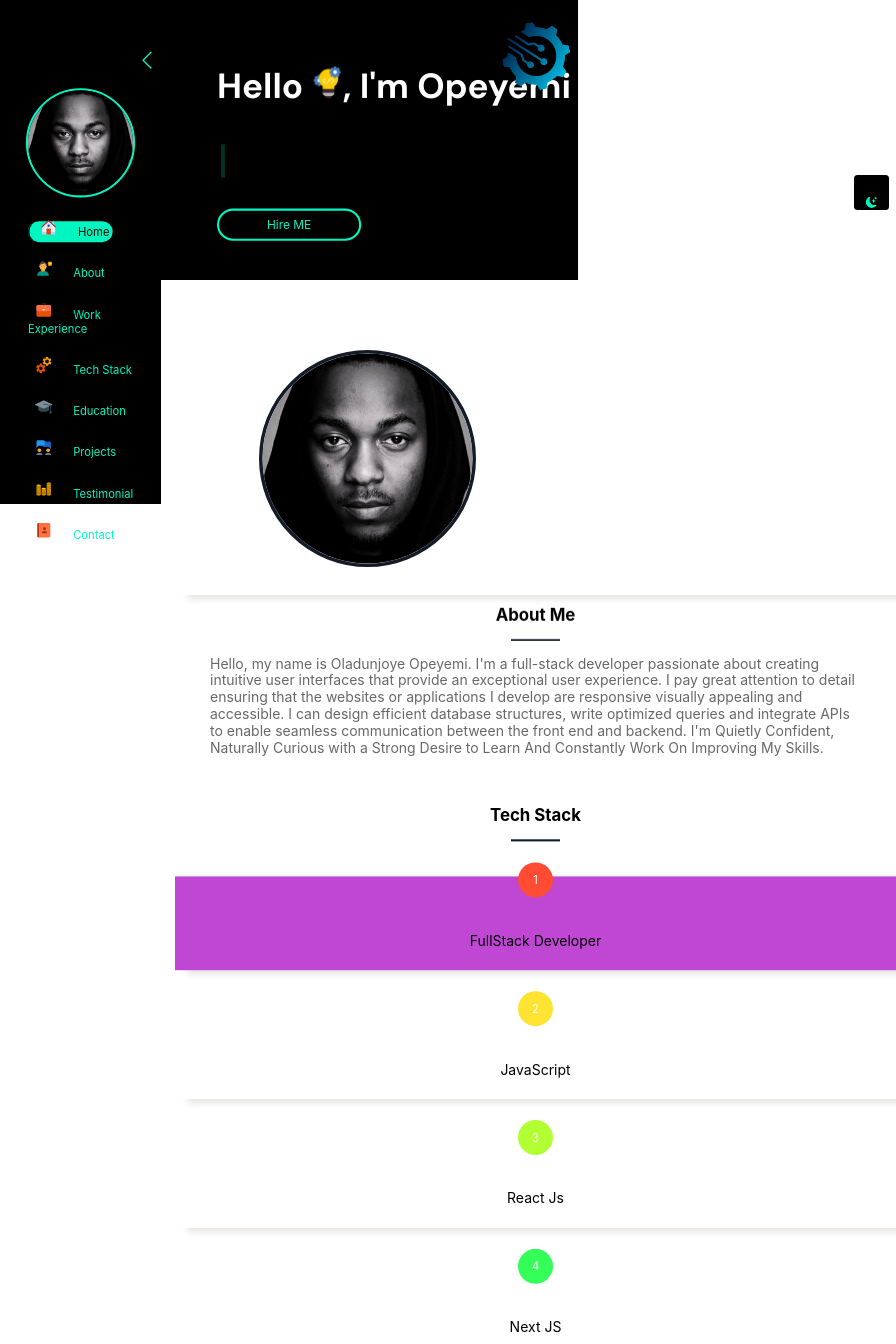
Repository: Laoye99/portfolio
Page: /
These files come from the project's save history. The page is drawn as it stood at one moment and after the next save; the edit follows.
The browser window is 1280 px wide. The pictures show the part of the page from y = 0 to 1920 px (the page is 2977 px tall), at 70% of full size.
The project was rebuilt for these pictures with package versions that can differ from the ones it lists, and the page was loaded fresh each time. Also part of the build but not shown: src/App.css.

Above is the page before, as saved 2024-02-15 13:16:57.

### src/App.js
import './App.css';
import { createContext, useState } from 'react';
import ScrollToTop from 'react-scroll-to-top';
import Navbar from './components/SideNav/Navbar';
import Sidebar from './components/SideNav/Sidebar';
import About from './components/About/About';
import TechStack from './components/TechStack/TechStack';

export const ThemeContext = createContext(null);

const App = () => {
  const [theme, setTheme] = useState("light");

  const changeTheme = () => {
    setTheme((prev) => (prev === "light" ? "dark" : "light"));
  };
  return (
    <ThemeContext.Provider value={{ theme, changeTheme }}>
    <div id={theme}>
    <Navbar/>
    <Sidebar changeTheme={changeTheme} theme={theme}/>
    <About/>
    <TechStack/>
    </div>
    <ScrollToTop
    top="200"
    smooth
    height="20"
    width="20"
    color="#00f5c0"
    style={{ borderRadius: "90px ", backgroundColor: "#000000" }}
    />
    </ThemeContext.Provider>
  );
}

export default App;

### src/components/SideNav/Navbar.js
import { useState } from "react";
import "./Navbar.css";
import {GiHamburgerMenu} from "react-icons/gi";
import { Link } from "react-scroll";
import {
    FcHome,
    FcBriefcase,
    FcContacts,
    FcServices,
    FcCollaboration,
    FcPortraitMode } from "react-icons/fc";
import {FaUser} from "react-icons/fa";

const Navbar = () => {
    const [open, setOpen] = useState(false);

    const handleClick = () => {
        setOpen(!open);
    };
    return(
        <div className="navbar">
        <div className="navbar-header">
        <p>
        <GiHamburgerMenu size={25} onClick={handleClick} />
        </p>
        </div>
        {open ? (
        <div className="nav">
        <ul>
        <li className="nav-item">
        <Link
        to="home"
        spy={true}
        smooth={true}
        duration={100}
        offset={-100}
        >
        <FcHome size={25}/>
        Home
        </Link>
        </li>
        <li className="nav-item">
        <Link
        to="about"
        spy={true}
        smooth={true}
        duration={100}
        offset={-100}
        >
        <FcPortraitMode size={25}/>
        About
        </Link>
        </li>
        <li className="nav-item">
        <Link
        to="project"
        spy={true}
        smooth={true}
        duration={100}
        offset={-100}
        >
        <FcBriefcase  size={25}/>
        Work Experience
        </Link>
        </li>
        <li className="nav-item">
        <Link
        to="stack"
        spy={true}
        smooth={true}
        duration={100}
        offset={-100}
        >
        <FcServices  size={25} />
        Tech Stack
        </Link>
        </li>
        <li className="nav-item">
        <Link
        to="project"
        spy={true}
        smooth={true}
        duration={100}
        offset={-100}
        >
        <FcCollaboration   size={25} />
        Projects
        </Link>
        </li>
        <li className="nav-item">
        <Link
        to="contact"
        spy={true}
        smooth={true}
        duration={100}
        offset={-100}
        >
        <FcContacts size={25}/>
        Contact
        </Link>
        </li>
        </ul>
        </div>
        ) : null}
        </div>
    );
};

export default Navbar;

### src/components/SideNav/Sidebar.js
import { useState } from "react";
import { BsChevronLeft, BsChevronRight } from "react-icons/bs";
import "./Sidebar.css";
import SidebarList from "./SidebarList";
import Home from "../Home/Home";


const Sidebar = ({ theme,changeTheme }) => {
    const [expandSidebar, setExpandSidebar] = useState(true);

    const handleExpandClick = () => {
        setExpandSidebar(!expandSidebar);
    };
    return(
        <div className="container-fluid sidebar-section">
        <div className={expandSidebar ? "sidebar-expand sidebar" : "sidebar"}>
        <div className="icon-sidebar">
        <p onClick={handleExpandClick}>
        {expandSidebar ? (
            <BsChevronLeft size={30} color="#00f5c0"/>
            ) : (
        <BsChevronRight size={30} color="#00f5c0"/>
            )}
        </p>
        </div>
        <SidebarList expandSidebar={expandSidebar} />
        </div>
        <div className="container-fluid">
          <Home changeTheme = {changeTheme} theme = {theme}/>
        </div>

        </div>
    );
};

export default Sidebar;

### src/components/About/About.js
import React from "react";
import ProfilePic from "../../Image/Screenshot (29).png";
import {Fade} from "react-awesome-reveal";
import {Flip} from "react-awesome-reveal";
import './About.css';
const About = () => {
    return(
        <div className="container about-section" id="about">
    <div className="row">
      <Fade bottom>
        <div className="col-xl-6 col-lg-6 col-md-12 col-sm-12">
          <div className="about-image">
            <img src={ProfilePic} alt="Profile" />
          </div>
        </div>
      </Fade>
      <div className="col-xl-6 col-lg-6 col-md-12 col-sm-12">
        <div className="about-details">
          <Flip left>
            <div className="about-title">
              <h2>About Me</h2>
              <span className="line"></span>
            </div>
          </Flip>

          <Fade right>
            <p className="description">
              Hello, my name is Oladunjoye Opeyemi. I'm a full-stack developer
              passionate about creating intuitive user interfaces that provide
              an exceptional user experience. I pay great attention to detail
              ensuring that the websites or applications I develop are responsive
              visually appealing and accessible. I can design efficient database
              structures, write optimized queries and integrate APIs to enable
              seamless communication between the front end and backend.
              I'm Quietly Confident, Naturally Curious with a Strong Desire to
              Learn And Constantly Work On Improving My Skills.
            </p>
          </Fade>
        </div>
      </div>
    </div>
  </div>
    )
};

export default About;

### src/components/TechStack/TechStack.js
import React, { useState } from "react";
import "./TechStack.css";
import { Fade } from "react-awesome-reveal";
import { Zoom } from "react-awesome-reveal";


const TechStack = () => {
    const data = [
        {
          name: "FullStack Developer",
        },

        {
          name: "JavaScript",
        },
        {
          name: "React Js",
        },
        {
          name: "Next JS",
        },
        {
          name: "CSS",
        },
        {
          name: "HTML5",
        },
        {
          name: "BootStrap",
        },
        {
          name: "TailwindCSS",
        },
        {
          name: "React Native",
        },
        {
          name: "Vanilla JS",
        },
        {
          name: "SCSS",
        },
        {
          name: "Git",
        },
        {
          name: "GitHub",
        },
        {
          name: "Java",
        },
        {
          name: "Springboot",
        },
        {
          name: "Servlet",
        },
        {
          name: "Maven",
        },
        {
          name: "Eclipse IDE",
        },
        {
            name: "IntelliJ IDE",
        },
        {
            name: "MySQL",
        },
        {
            name: "Postman",
        },
        {
            name: "MySQL",
        },
        {
            name: "Tomcat",
        },
      ];

      const colors = [
        "#FF4C33",
        "#FFE333",
        "#B2FF33",
        "#33FF58",
        "#33FFC1",
        "#33CAFF",
        "#3355FF",
        "#9333FF",
        "#F033FF",
        "#FF33C4",
        "#FF3386",
        "#FF334C",
        "#33FF42",
        "#FF3633",
        "#9C33FF",
        "#33FFF6",
        "#33FF58",
        "#FF33C4",
        "#034694",
        "#5A0394",
        "#940303",
        "#944403",
        "#449403",
        "#03945C"
      ];

      const [showMoreTechStack, setMoreTechStack] = useState(9);

      const loadMore = () => {
        setMoreTechStack((prev) => prev + 3);
      };
      return (
        <div className="container techstack-section" id="stack">
      <div className="section-title">
        <h2>Tech Stack</h2>
        <span className="line"></span>
      </div>

      <div className="row">
        {data.slice(0, showMoreTechStack).map((item, index) => (
          <Fade right>
            <div className="col-xl-4 col-lg-4 col-md-6 col-sm-12" key={index}>
              <div
                className={
                  index === 0
                    ? "tech-content-marked tech-content"
                    : "tech-content"
                }
              >
                <span
                  className="tech-number"
                  style={{ backgroundColor: colors[index] }}
                >
                  {index + 1}
                </span>
                <p>{item.name}</p>
              </div>
            </div>
          </Fade>
        ))}
      </div>

      {showMoreTechStack >= data.length ? null : (
        <Zoom>
          <span className="load-more" onClick={loadMore}>
            Load More
          </span>
        </Zoom>
      )}
    </div>
      );
};

export default TechStack;

### src/components/SideNav/Navbar.css
.navbar {
    position: sticky;
    top: 0;
    z-index: 1;
  }

  .navbar-header {
    width: 100%;
    background-color: #00f5c0;
    color: #000000;
    padding: 5px;
  }

  .navbar-header p svg {
    margin-left: 10px;
    cursor: pointer;
    margin-top: 20px;
    margin-right: 5px;
  }

  .nav {
    height: auto;
    width: 210px;
    background-color: #000000;
    margin-top: 30px;
    padding-top: 10px;
    padding-bottom: 10px;
  }

  .nav ul li {
    color: #000000;
    list-style-type: none;
    cursor: pointer;
    text-decoration: none;
    margin-top: 30px;
  }

  .nav ul li a {
    text-decoration: none;
    color: #00f5c0;
  }

  .nav-item .active {
    color: #000000;
    background-color: #00f5c0;
    border-radius: 90px;
    padding: 5px;
    width: 100%;
  }

  @media (min-width: 1000px) {
    .navbar {
      display: none;
    }
  }

### src/components/SideNav/Sidebar.css
.sidebar-section {
    display: flex;
    /* background-color: #030303da; */
  }

  .sidebar {
    height: 100vh;
    background-color: #000000;
    width: 95px;
    position: fixed;
  }

  .sidebar-expand {
    width: 230px;
  }

  .container-fluid {
    padding-left: 0px !important;
    padding-right: 0px !important;
    overflow: hidden;
  }

  .icon-sidebar {
    display: flex;
    align-items: right;
    justify-content: right;
    cursor: pointer;
  }

  .icon-sidebar p svg {
    background-color: #000000;
    padding: 5px;
    color: #00f5c0;
    border-radius: 5px;
    margin-top: 50px;
  }

  @media (max-width: 1000px) {
    .sidebar {
      display: none;
    }
  }

### src/components/Home/Home.js
import React from 'react';
import Typewriter from 'typewriter-effect';
import { BsFillMoonStarsFill, BsSun } from 'react-icons/bs';
import { Fade } from 'react-awesome-reveal';
import concept from "../../Image/concept.png";
import automation from "../../Image/automation.png";
import "./Home.css";



const Home = ({theme, changeTheme}) => {
    return(
        <div className='container-fluid home' id="home">
        <div  className='theme-change' onClick={changeTheme}>
        {theme === "light" ? (
            <p>
            <BsFillMoonStarsFill />{" "}
            </p>
            ) : (
                <p className='sun-light-icon'>
                <BsSun/>
                </p>
            )}
        </div>

        <div className='container home-content'>
        <Fade right>
        <h1>
        Hello <img alt='vector' src={concept}/>, I'm Opeyemi
        </h1>

        <h2>
        <Typewriter
        options={{
            strings: [
              "Frontend Developer",
              "Backend Developer",
              "Software Engineer",
            ],
            autoStart: true,
            loop: true,
            delay: 5,
          }}
        />
        </h2>
        </Fade>

        <Fade bottom>
        <div className='button-for-action'>
        <div className='hire-me-button'>Hire ME</div>
        </div>
        </Fade>
        <img className='automation' alt='automation' src={automation}/>
        </div>
        </div>
    )

};

export default Home;

### src/components/About/About.css
.about-section {
    box-shadow: 15px 9px 9px -2px rgba(230, 224, 244, 0.86);
    -webkit-box-shadow: 15px 9px 9px -2px rgba(230, 224, 224, 0.86);
    -moz-box-shadow: 15px 9px 9px -2px rgba(230, 224, 224, 0.86);

    margin-top: 50px;
    height: 400px;
    margin-left: 250px;
    padding: 0px 50px;
  }

  #dark .about-section {
    box-shadow: none;
    background-color: #17202a;
    box-shadow: -6px 11px 5px -4px rgba(0, 0, 0, 0.42);
    -webkit-box-shadow: -6px 11px 5px -4px rgba(0, 0, 0, 0.42);
    -moz-box-shadow: -6px 11px 5px -4px rgba(0, 0, 0, 0.42);
  }

  .about-image img {
    height: 300px;
    width: 300px;
    border-radius: 190px;
    margin-top: 50px;
    margin-left: 70px;
    border: 5px solid #121b27;
    object-fit: cover;
  }

  #dark .about-image img {
    border: 5px solid #ffffff;
  }

  .about-details {
    margin-top: 50px;
  }

  .about-title h2 {
    text-align: center;
  }
  .description {
    font-size: 20px;
    color: #686868;
  }

  #dark .description {
    color: #ffffff;
  }

  .line {
    display: block;
    width: 70px;
    height: 3px;
    margin: 1px auto;
    background-color: #121b27;
  }

  #dark .line {
    background-color: #ffffff;
  }

  @media (max-width: 1000px) {
    .about-image {
      display: none;
    }
    .about-section {
      margin: 50px auto;
      height: auto;
    }
  }

### src/components/TechStack/TechStack.css
.techstack-section {
    margin-top: 300px;
    height: auto;
    margin-bottom: 40px;
    margin-left: 250px;
  }

  .section-title h2 {
    text-align: center;
  }

  .tech-content {
    padding: 10px;
    color: #000;
    margin-top: 50px;
    box-shadow: 15px 9px 9px -2px rgba(230, 224, 244, 0.86);
    -webkit-box-shadow: 15px 9px 9px -2px rgba(230, 224, 224, 0.86);
    -moz-box-shadow: 15px 9px 9px -2px rgba(230, 224, 224, 0.86);
  }

  #dark .tech-content {
    background-color: #03945c;
    color: #ffffff;
    box-shadow: -6px 11px 5px -4px rgba(0, 0, 0, 0.42);
    -webkit-box-shadow: -6px 11px 5px -4px rgba(0, 0, 0, 0.42);
    -moz-box-shadow: -6px 11px 5px -4px rgba(0, 0, 0, 0.42);
  }

  #dark .tech-content:hover {
    background-color: #121b27;
    transition-duration: 1s;
  }

  .tech-content-marked {
    background-color: rgba(189, 59, 210, 0.94);
  }

  .tech-content p {
    text-align: center;
    padding-top: 30px;
    font-size: 20px;
  }

  .tech-content:hover {
    background-color: #121b27;
    color: #fff;
    cursor: pointer;
    transition-duration: 1s;

    box-shadow: -6px 11px 5px -4px rgba(0, 0, 0, 0.42);
    -webkit-box-shadow: -6px 11px 5px -4px rgba(0, 0, 0, 0.42);
    -moz-box-shadow: -6px 11px 5px -4px rgba(0, 0, 0, 0.42);
  }

  .tech-number {
    border-radius: 90px;
    height: 50px;
    width: 50px;
    color: #fff;
    text-align: center;
    align-items: center;
    justify-content: center;
    display: block;
    margin: 0 auto;
    margin-top: -30px;
    line-height: 50px;
  }

  .load-more {
    background-color: #121b27;
    width: 150px;
    padding: 10px;
    color: #ffffff;
    text-align: center;
    justify-content: center;
    cursor: pointer;
    display: table;
    margin-left: auto;
    margin-right: auto;
    margin-top: 35px;
    border-radius: 5px;
    margin-bottom: 40px;
    font-size: 20px;
  }

  #dark .load-more {
    background-color: #17202a;
  }

  .load-more:hover {
    background-color: rgba(189, 59, 210, 0.94);
    transition-duration: 1s;
  }
  #dark .load-more:hover {
    background-color: #121b27;
    transition-duration: 1s;
  }

  @media (max-width: 1000px) {
    .techstack-section {
      margin: 50px auto;
    }
  }

### src/components/SideNav/SidebarList.css
.sidebar-profile-pic img {
    border-radius: 90px;
    margin-top: 10px;
    height: 150px;
    width: 150px;
    display: flex;
    vertical-align: middle;
    margin: 0 auto;
    object-fit: cover;
    border: 3px solid #00f5c0;
  }

  .navbar-items ul li {
    color: #00f5c0;
    list-style-type: none;
    cursor: pointer;
    margin-top: 30px;
  }

  .navbar-items ul li svg {
    margin-right: 25px;
    margin-left: 10px;
  }

  .navbar-items-only-icons ul li {
    margin-top: 30px;
    cursor: pointer;
    list-style-type: none;
  }

  .navbar-items-only-icons ul li svg {
    margin-left: 10px;
  }

  .navbar-items ul li a {
    text-decoration: none;
  }
  .nav-item .active {
    border-left: 2px solid #000000;
    color: #000000;
  }

### src/components/Home/Home.css
@import url("https://fonts.googleapis.com/css2?family=DM+Sans:wght@700&display=swap");

.home {
  height: 400px;
  background-color: #000000;
  color: #00f5c0;

}

.home-content {
  padding: 10px;
  margin-top: 30px;
  margin-left: 300px;
  position: relative;
}
/* rgba(189, 59, 210, 0.94) */

.home-content h1 {
  font-family: DM Sans;
  font-size: 50px;
  font-weight: 700;
  line-height: 6.2rem;
  color: #ffffff;
}

.home-content h1 img {
  width: 45px;
}

.home-content h2 {
  margin-top: 20px;
  color: #00f5c0;
  font-size: 40px;
}

.button-for-action {
  display: flex;
}

.hire-me-button {
  background-color: #000000;
  text-align: center;
  width: 180px;
  padding: 10px;
  border-radius: 90px;
  border: 3px solid #00f5c0;
  cursor: pointer;
  margin-top: 10px;
  font-size: 17px;
}

.hire-me-button:hover {
  background-color: #ffffff;
  width: 250px;
  color: #000;
  transition-duration: 1s;
  font-size: 20px;
}
.get-resume-button {
  background-color: #121b27;
  text-align: center;
  width: 180px;
  padding: 10px;
  border-radius: 90px;
  border: 3px solid #5404ff;
  cursor: pointer;
  margin-top: 10px;
  margin-left: 10px;
  font-size: 17px;
}

.get-resume-button:hover {
  background-color: #ffffff;
  width: 250px;
  color: #000;
  transition-duration: 1s;
  font-size: 20px;
}

.get-resume-button a {
  text-decoration: none;
}

.automation {
  position: absolute;
  top: 0;
  right: 10px;
  height: 100px;
  animation: rotation infinite 5s linear;
}

@media (max-width: 450px) {
  .automation {
    bottom: 0;
  }
}

.theme-change {
  justify-content: center;
  height: 50px;
  width: 50px;
  background-color: #000000;
  right: 0;
  margin-right: 10px;
  text-align: center;
  vertical-align: middle;
  line-height: 50px;
  position: fixed;
  top: 150;
  margin-top: 250px;
  border-radius: 5px;
  cursor: pointer;
  z-index: 1;
}

.sun-light-icon {
  animation: rotation infinite 5s linear;
}

@keyframes rotation {
  from {
    transform: rotate(0deg);
  }

  to {
    transform: rotate(360deg);
  }
}
@media (max-width: 1000px) {
  .home-content {
    margin: 30px auto;
  }
}

Loaded but not shown: public/index.html (common file); src/index.js (common file); src/index.css (common file); src/reportWebVitals.js (common file); src/components/SideNav/SidebarList.js (185 lines, source omitted)

After the next save:
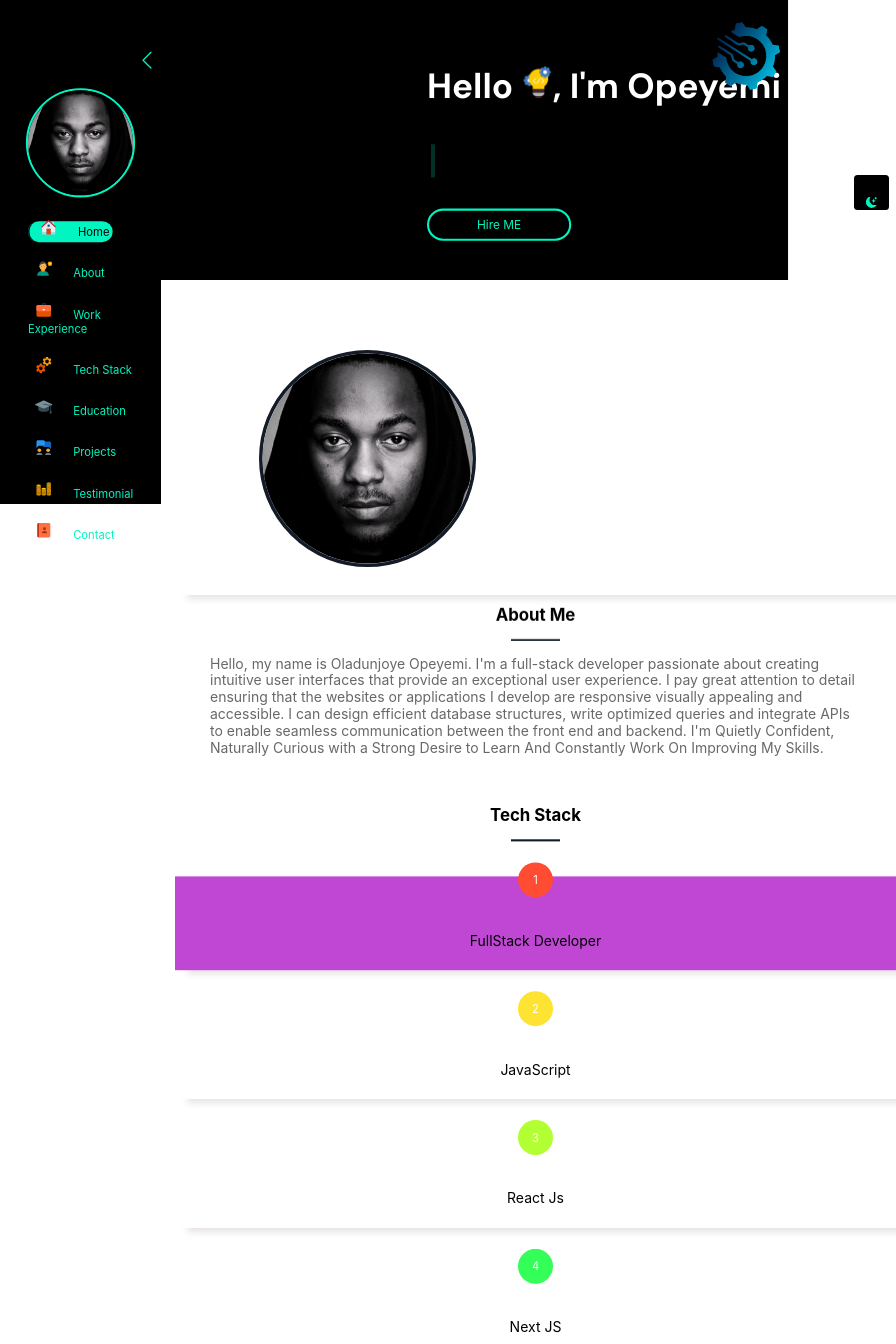
Saved 72 s later.
--- a/src/components/Home/Home.css
+++ b/src/components/Home/Home.css
@@ -10,7 +10,7 @@
 .home-content {
   padding: 10px;
   margin-top: 30px;
-  margin-left: 300px;
+  margin-left: 600px;
   position: relative;
 }
 /* rgba(189, 59, 210, 0.94) */
